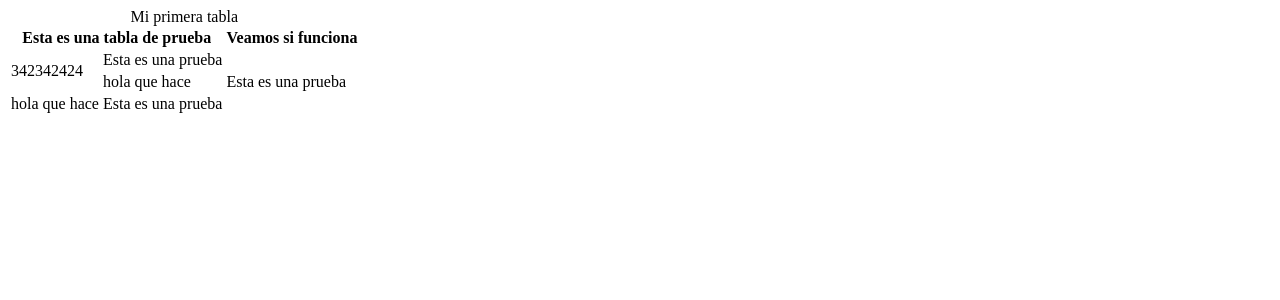
Repository: cesarsant0203/My_Study
Page: Introducción al desarrollo web/tablas.html
An editor plug-in stored every save of this project. The page is shown before and after a run of saves, followed by the edit.
The browser window is 1280 px wide. The pictures show the whole page.

Above is the page before, as saved 2020-04-27 12:29:39.

### Introducción al desarrollo web/tablas.html
<html>

<head>
    <meta charset="utf-8" />
    <title>
        Prueba de tabla
    </title>
</head>

<body>
    <table>
        <caption>Mi primera tabla</caption>
        <thead>
            <tr>
                <th colspan="2">Esta es una tabla de prueba</th>
                <th>Veamos si funciona</th>
            </tr>
        </thead>
        <tbody>
            <tr>
                <td rowspan="2">342342424</td>
                <td>Esta es una prueba</td>
            </tr>
            <tr>
                <td> hola que hace</td>
                <td>Esta es una prueba</td>
            </tr>
            <tr>
                <td> hola que hace</td>
                <td>Esta es una prueba</td>
            </tr>
        </tbody>
    </table>
</body>

</html>

After the next 2 saves:
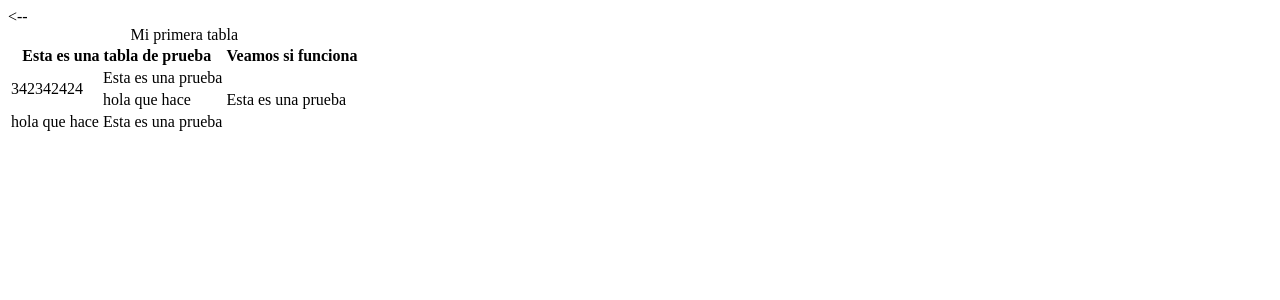
The 2 saves are shown as one change because they came seconds apart.
The last was saved 7 s later.
--- a/Introducción al desarrollo web/tablas.html
+++ b/Introducción al desarrollo web/tablas.html
@@ -22,8 +22,8 @@
                 <td>Esta es una prueba</td>
             </tr>
             <tr>
-                <td> hola que hace</td>
-                <td>Esta es una prueba</td>
+                <-- <td> hola que hace</td>
+                    <td>Esta es una prueba</td>
             </tr>
             <tr>
                 <td> hola que hace</td>

After the save that followed:
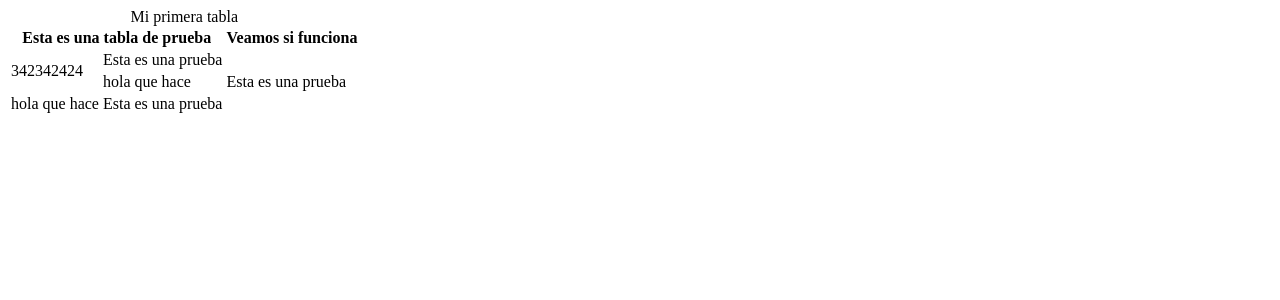
Saved 4 s later.
--- a/Introducción al desarrollo web/tablas.html
+++ b/Introducción al desarrollo web/tablas.html
@@ -22,8 +22,8 @@
                 <td>Esta es una prueba</td>
             </tr>
             <tr>
-                <-- <td> hola que hace</td>
-                    <td>Esta es una prueba</td>
+                <td> hola que hace</td>
+                <td>Esta es una prueba</td>
             </tr>
             <tr>
                 <td> hola que hace</td>
